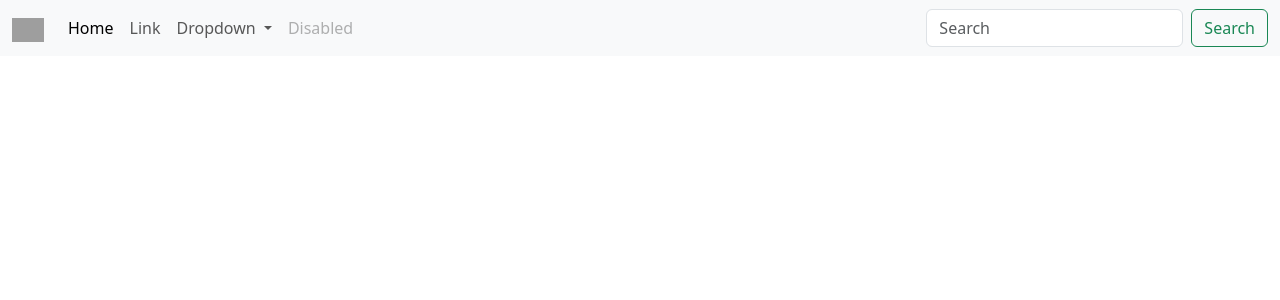
Repository: PhiKhongHoang/JSP-Servlet
Page: bai4_bootstrap/src/main/webapp/index.html
An editor plug-in stored every save of this project. The page is shown before and after the next save, followed by the edit.
The browser window is 1280 px wide. The pictures show the whole page.
Pictures or frames that could not be fetched are drawn as grey boxes.

Above is the page before, as saved 2024-02-16 13:36:37.

### bai4_bootstrap/src/main/webapp/index.html
<!DOCTYPE html>
<html>
<head>
<meta charset="UTF-8">
<title>Bootstrap</title>
<link
	href="https://cdn.jsdelivr.net/npm/bootstrap@5.3.2/dist/css/bootstrap.min.css"
	rel="stylesheet"
	integrity="sha384-T3c6CoIi6uLrA9TneNEoa7RxnatzjcDSCmG1MXxSR1GAsXEV/Dwwykc2MPK8M2HN"
	crossorigin="anonymous">
<script
	src="https://cdn.jsdelivr.net/npm/@popperjs/core@2.11.8/dist/umd/popper.min.js"
	integrity="sha384-I7E8VVD/ismYTF4hNIPjVp/Zjvgyol6VFvRkX/vR+Vc4jQkC+hVqc2pM8ODewa9r"
	crossorigin="anonymous"></script>
<script
	src="https://cdn.jsdelivr.net/npm/bootstrap@5.3.2/dist/js/bootstrap.min.js"
	integrity="sha384-BBtl+eGJRgqQAUMxJ7pMwbEyER4l1g+O15P+16Ep7Q9Q+zqX6gSbd85u4mG4QzX+"
	crossorigin="anonymous"></script>
</head>
<body>
	<!-- navbar -->
	<nav class="navbar navbar-expand-lg bg-body-tertiary">
		<div class="container-fluid">
			<a class="navbar-brand" href="#"> <img
				src="https://p16-oec-va.ibyteimg.com/tos-maliva-i-o3syd03w52-us/318105355cb447d691500c10d928eeb5~tplv-o3syd03w52-origin-jpeg.jpeg?from=1345521523" alt="logo"
				height="24">
			</a>
			<button class="navbar-toggler" type="button"
				data-bs-toggle="collapse" data-bs-target="#navbarSupportedContent"
				aria-controls="navbarSupportedContent" aria-expanded="false"
				aria-label="Toggle navigation">
				<span class="navbar-toggler-icon"></span>
			</button>
			<div class="collapse navbar-collapse" id="navbarSupportedContent">
				<ul class="navbar-nav me-auto mb-2 mb-lg-0">
					<li class="nav-item"><a class="nav-link active"
						aria-current="page" href="#">Home</a></li>
					<li class="nav-item"><a class="nav-link" href="#">Link</a></li>
					<li class="nav-item dropdown"><a
						class="nav-link dropdown-toggle" href="#" role="button"
						data-bs-toggle="dropdown" aria-expanded="false"> Dropdown </a>
						<ul class="dropdown-menu">
							<li><a class="dropdown-item" href="#">Action</a></li>
							<li><a class="dropdown-item" href="#">Another action</a></li>
							<li><hr class="dropdown-divider"></li>
							<li><a class="dropdown-item" href="#">Something else
									here</a></li>
						</ul></li>
					<li class="nav-item"><a class="nav-link disabled"
						aria-disabled="true">Disabled</a></li>
				</ul>
				<form class="d-flex" role="search">
					<input class="form-control me-2" type="search" placeholder="Search"
						aria-label="Search">
					<button class="btn btn-outline-success" type="submit">Search</button>
				</form>
			</div>
		</div>
	</nav>
	<!-- end navbar -->
</body>
</html>

After the next save:
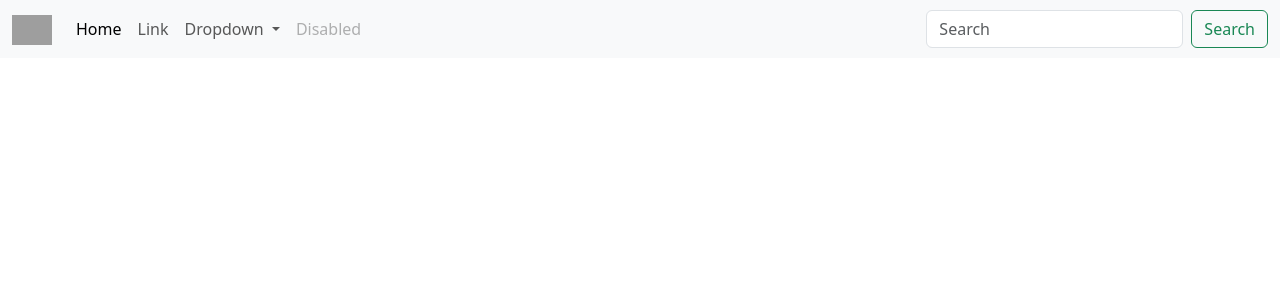
Saved 13 s later.
--- a/bai4_bootstrap/src/main/webapp/index.html
+++ b/bai4_bootstrap/src/main/webapp/index.html
@@ -23,7 +23,7 @@
 		<div class="container-fluid">
 			<a class="navbar-brand" href="#"> <img
 				src="https://p16-oec-va.ibyteimg.com/tos-maliva-i-o3syd03w52-us/318105355cb447d691500c10d928eeb5~tplv-o3syd03w52-origin-jpeg.jpeg?from=1345521523" alt="logo"
-				height="24">
+				height="30">
 			</a>
 			<button class="navbar-toggler" type="button"
 				data-bs-toggle="collapse" data-bs-target="#navbarSupportedContent"

After the save that followed:
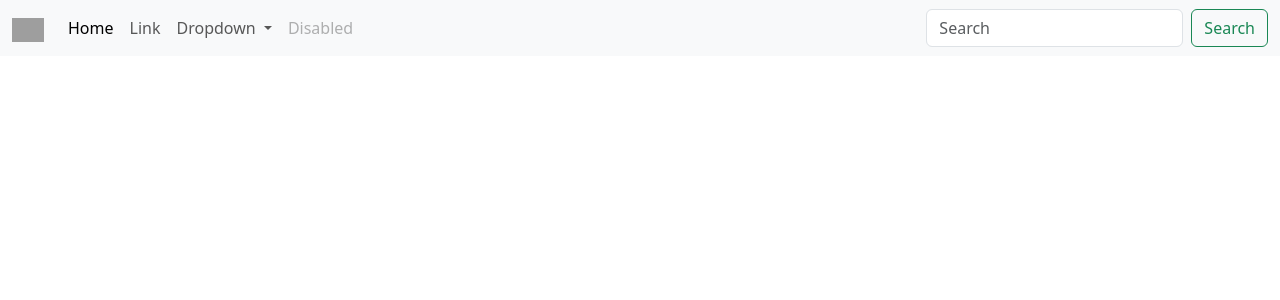
Saved 9 s later.
--- a/bai4_bootstrap/src/main/webapp/index.html
+++ b/bai4_bootstrap/src/main/webapp/index.html
@@ -23,7 +23,7 @@
 		<div class="container-fluid">
 			<a class="navbar-brand" href="#"> <img
 				src="https://p16-oec-va.ibyteimg.com/tos-maliva-i-o3syd03w52-us/318105355cb447d691500c10d928eeb5~tplv-o3syd03w52-origin-jpeg.jpeg?from=1345521523" alt="logo"
-				height="30">
+				height="24">
 			</a>
 			<button class="navbar-toggler" type="button"
 				data-bs-toggle="collapse" data-bs-target="#navbarSupportedContent"
